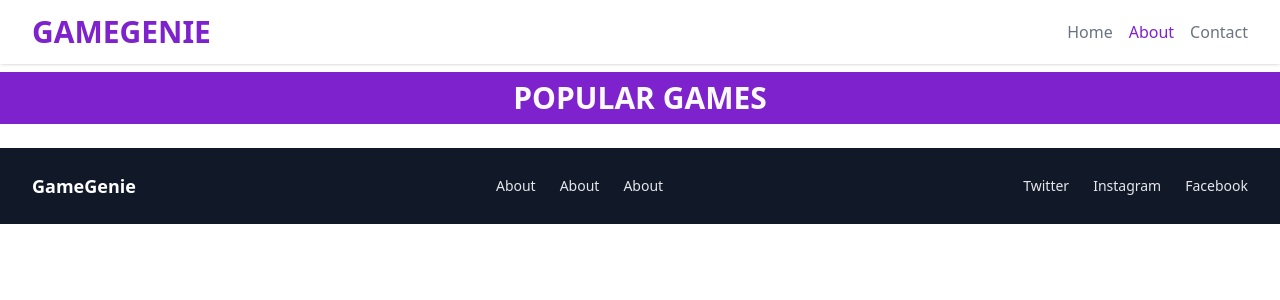
Repository: mfaeezshabbir/Gamegenie
Page: /allGames
These files come from the project's save history. The page is drawn as it stood at one moment and after the next save; the edit follows.
The browser window is 1280 px wide. The pictures show the whole page.
The page's requests for data from a server got no answer. The project was rebuilt for these pictures with package versions that can differ from the ones it lists, and the page was loaded fresh each time. The framework's server and built-in components were replaced by stand-ins that run in the browser. No one was signed in, and anything a server would have sent is missing. Also part of the build but not shown: next.config.js, components/GameCard/GameCard.jsx.

Above is the page before, as saved 2023-04-18 13:18:57.

After the next save:
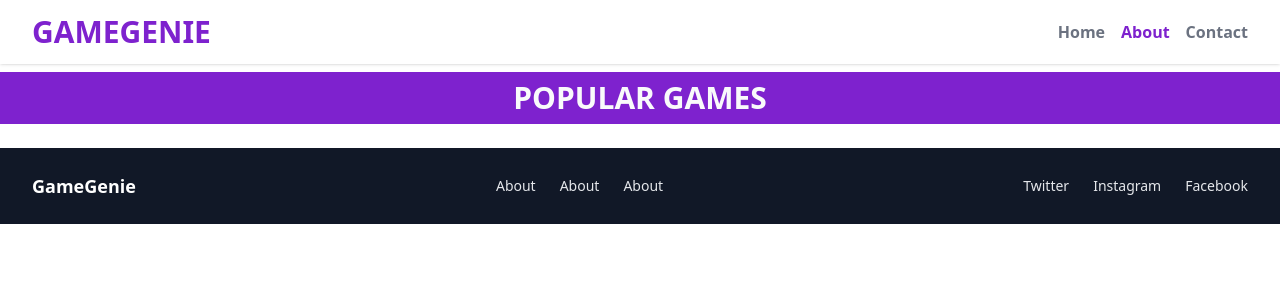
Saved 4 s later.
--- a/components/Header/Header.jsx
+++ b/components/Header/Header.jsx
@@ -55,7 +55,7 @@ function Header() {
                             </Link>
                         </div>
                         <div className="hidden md:block">
-                            <div className="ml-10 flex items-baseline space-x-4 font ">
+                            <div className="ml-10 flex items-baseline space-x-4 font-semibold ">
                                 {links.map(link => (
                                     <NavItem
                                         key={link.href}
